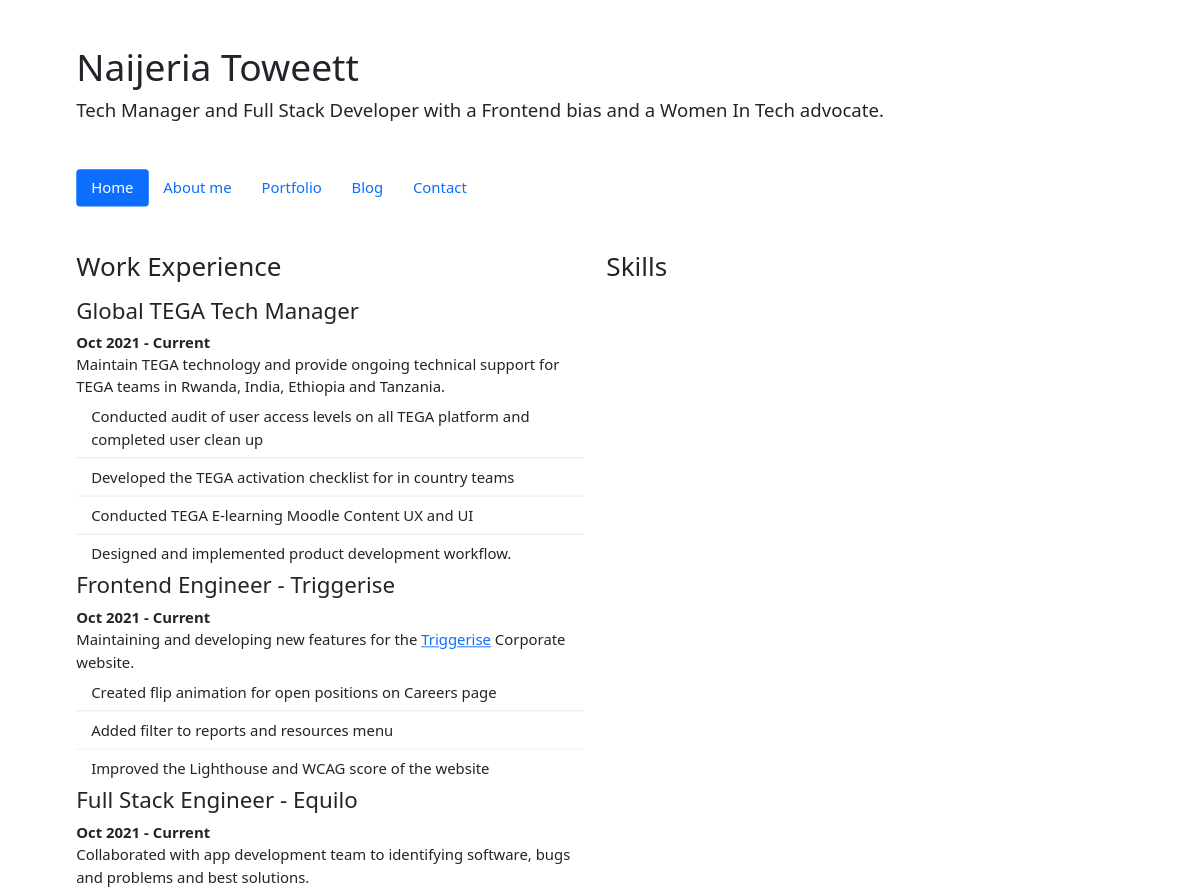
Repository: mamatechafrica/portfolio
Page: index.html
An editor plug-in stored every save of this project. The page is shown before and after the next save, followed by the edit.
The browser window is 1280 px wide. The pictures show the whole page, at 93% of full size.

Above is the page before, as saved 2022-01-04 16:21:36.

After the next save:
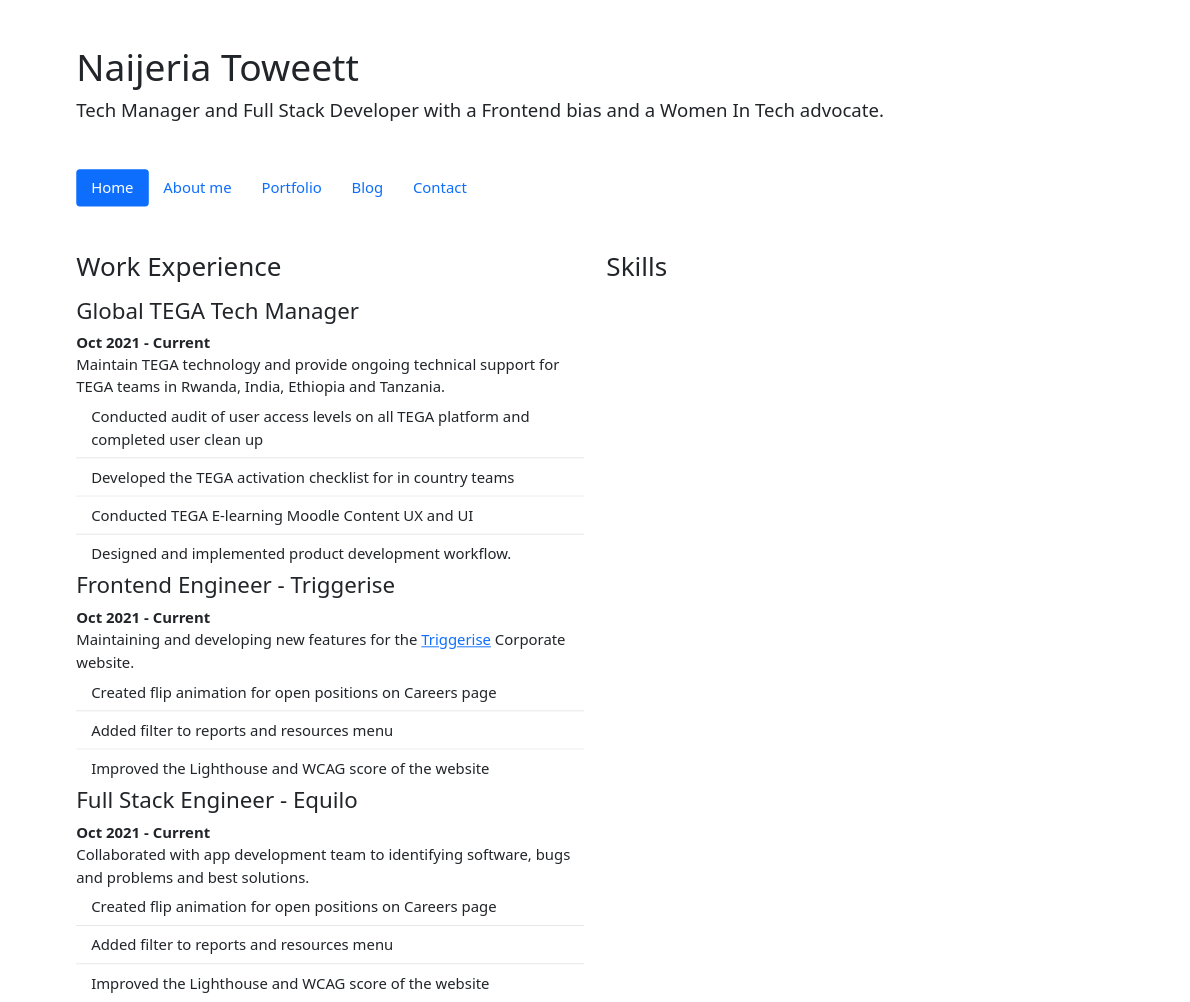
Saved 9 s later.
--- a/index.html
+++ b/index.html
@@ -72,9 +72,11 @@
                         <strong>Oct 2021 - Current</strong>
                     </div>
                         Collaborated with app development team to identifying software, bugs and problems and best solutions.
-                    <ul class="list-group list-group-flush">
-                        <li class="list-group list-group-flush"></li>
-                    </ul>
+                        <ul class="list-group list-group-flush">
+                            <li class="list-group-item">Created flip animation for open positions on Careers page</li>
+                            <li class="list-group-item">Added filter to reports and resources menu</li>
+                            <li class="list-group-item">Improved the Lighthouse and WCAG score of the website</li>
+                        </ul>
                 </div>
                 <div class="col">
                     <h3 class="mb-3">Skills</h3>
